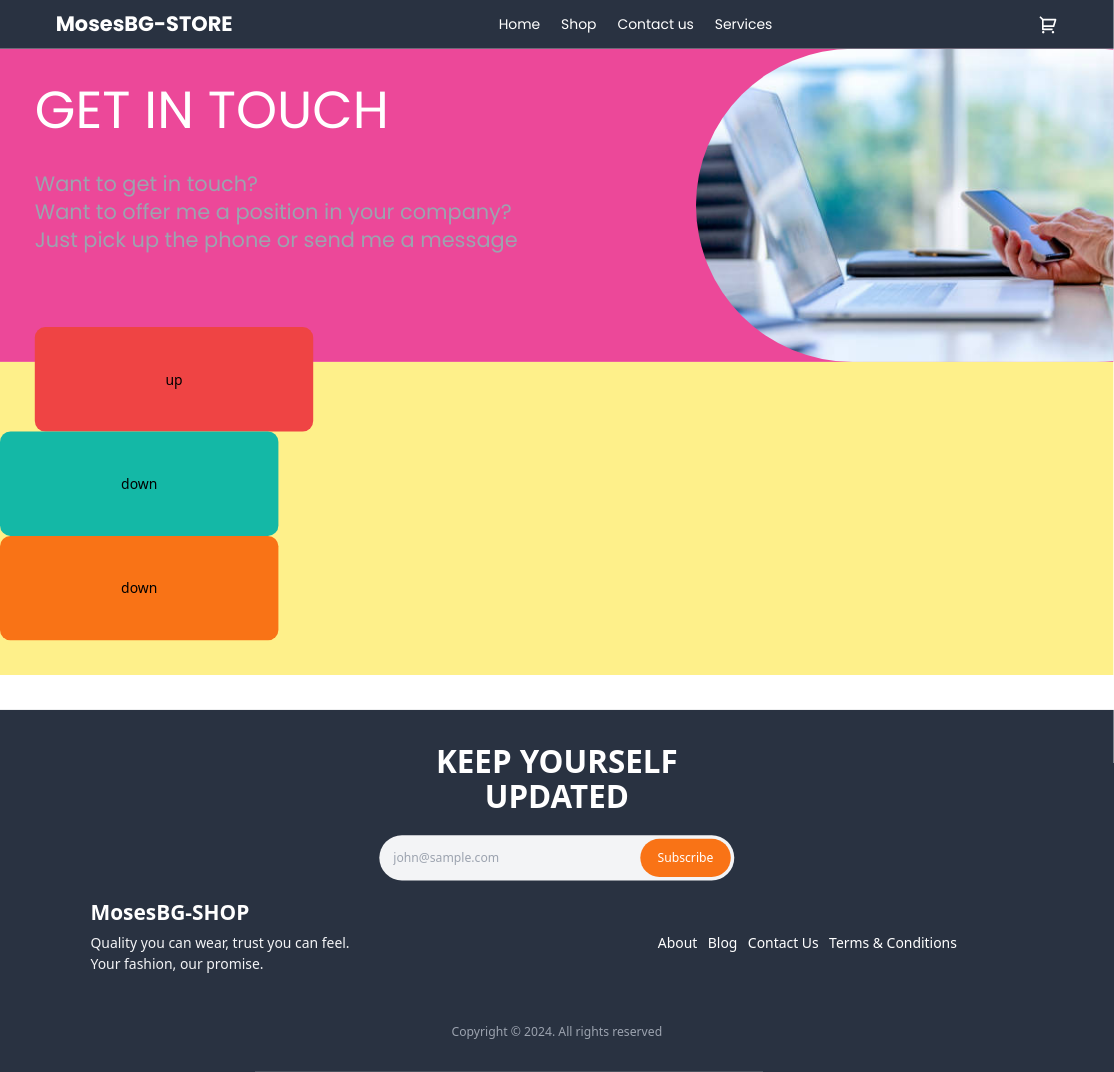
Repository: moshebengan/cart
Page: /fake-store/contact-us
These files come from the project's save history. The page is drawn as it stood at one moment and after the next save; the edit follows.
The browser window is 1280 px wide. The pictures show the whole page, at 87% of full size.
The project was rebuilt for these pictures with package versions that can differ from the ones it lists, and the page was loaded fresh each time. Also part of the build but not shown: vite.config.js, src/components/Error.jsx, src/utils/data.js, src/utils/apiCalls.js, src/components/Loading.jsx, src/components/Products.jsx, src/pages/HomePage.jsx, src/components/EmptyCart.jsx and 4 more.

Above is the page before, as saved 2024-09-16 09:02:39.

After the next save:
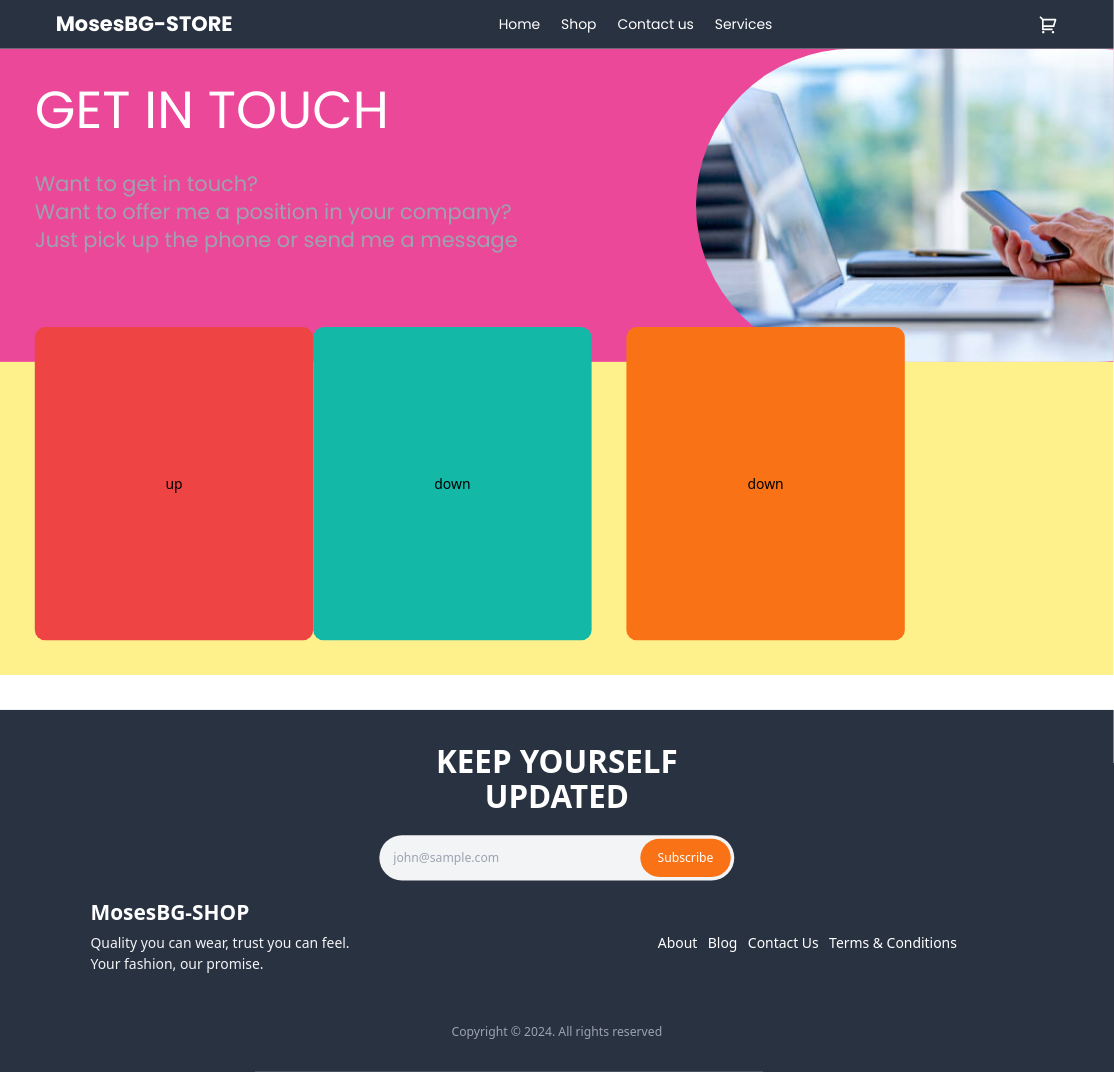
Saved 8 s later.
--- a/src/pages/ContactUs.jsx
+++ b/src/pages/ContactUs.jsx
@@ -12,7 +12,7 @@ const ContactUs = () => {
         </div>
       <img src="/public/contactus2.jpg" alt="" className="w-[50%] h-full absolute -right-40 top-0 rounded-full object-cover"  />
       </div>
-      <div className="w-full h-[50%] bg-yellow-200 flex flex-row relative sm:flex-col">
+      <div className="w-full h-[50%] bg-yellow-200 flex flex-row relative ">
         <div className="absolute ml-10 w-1/4 h-full bg-red-500 left-0  -top-10 flex items-center justify-center rounded-xl md:relative" >up</div>
         <div className="absolute mr-10 w-1/4 h-full bg-teal-500 right-0 -top-10 flex items-center justify-center rounded-xl md:relative">down</div>
         <div className="absolute mr-10 w-1/4 h-full bg-orange-500 right-0 -top-10 flex items-center justify-center rounded-xl md:relative">down</div>
